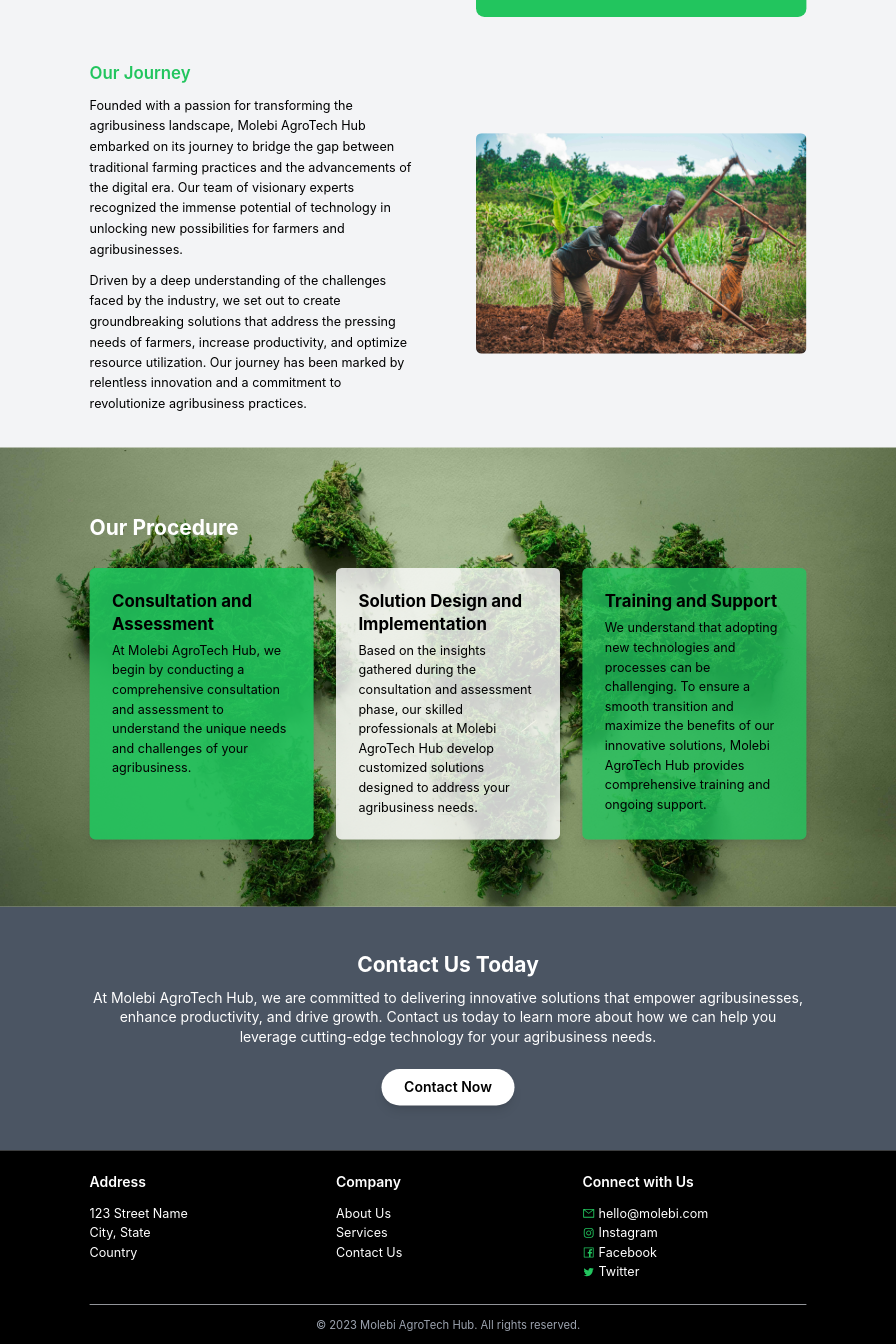
Repository: akinolapo/agric-tech
Page: /about
The author's editor kept a copy of each file at every save. The page is drawn from the files as they stood at one save, then again after a run of saves.
The browser window is 1280 px wide. The pictures show the part of the page from y = 976 to 2896 px (the page is 2896 px tall), at 70% of full size.
The project was rebuilt for these pictures with package versions that can differ from the ones it lists, and the page was loaded fresh each time. Also part of the build but not shown: src/components/Hero.jsx, src/components/ImageText.jsx, src/components/TwoColumnMasonry.jsx, src/components/TwoColumnComponent.jsx, src/App.jsx.

Above is the page before, as saved 2023-05-28 20:44:47.

### public/index.html
<!DOCTYPE html>
<html lang="en">
  <head>
    <meta charset="utf-8" />
    <link rel="icon" href="%PUBLIC_URL%/favicon.ico" />
    <meta name="viewport" content="width=device-width, initial-scale=1" />
    <meta name="theme-color" content="#000000" />
    <meta
      name="description"
      content="Empowering Agribusinesses with Innovative Solutions and Technology"
    />
    <link rel="apple-touch-icon" href="%PUBLIC_URL%/logo192.png" />
    <!--
      manifest.json provides metadata used when your web app is installed on a
      user's mobile device or desktop. See https://developers.google.com/web/fundamentals/web-app-manifest/
    -->
    <link rel="manifest" href="%PUBLIC_URL%/manifest.json" />
    <!--
      Notice the use of %PUBLIC_URL% in the tags above.
      It will be replaced with the URL of the `public` folder during the build.
      Only files inside the `public` folder can be referenced from the HTML.

      Unlike "/favicon.ico" or "favicon.ico", "%PUBLIC_URL%/favicon.ico" will
      work correctly both with client-side routing and a non-root public URL.
      Learn how to configure a non-root public URL by running `npm run build`.
    -->
    <title>Molebi AgroTech Hub</title>
  </head>
  <body>
    <noscript>You need to enable JavaScript to run this app.</noscript>
    <div id="root"></div>
    <!--
      This HTML file is a template.
      If you open it directly in the browser, you will see an empty page.

      You can add webfonts, meta tags, or analytics to this file.
      The build step will place the bundled scripts into the <body> tag.

      To begin the development, run `npm start` or `yarn start`.
      To create a production bundle, use `npm run build` or `yarn build`.
    -->
  </body>
</html>

### src/index.js
import React from 'react';
import ReactDOM from 'react-dom/client';
import { BrowserRouter, Routes, Route } from "react-router-dom";
import './index.css';
import App from './App';
import AboutPage from './components/about-page/AboutPage';

const root = ReactDOM.createRoot(document.getElementById('root'));
root.render(
  <React.StrictMode>
    <BrowserRouter>
            <Routes>
                <Route path="/" element={<App />} />
                <Route path="/about" element={<AboutPage />} />
            </Routes>
            {/* <App /> */}
        </BrowserRouter>
  </React.StrictMode>
);

### src/index.css
@tailwind base;
@tailwind components;
@tailwind utilities;

body {
  margin: 0;
  font-family: -apple-system, BlinkMacSystemFont, 'Segoe UI', 'Roboto', 'Oxygen',
    'Ubuntu', 'Cantarell', 'Fira Sans', 'Droid Sans', 'Helvetica Neue',
    sans-serif;
  -webkit-font-smoothing: antialiased;
  -moz-osx-font-smoothing: grayscale;
}

code {
  font-family: source-code-pro, Menlo, Monaco, Consolas, 'Courier New',
    monospace;
}

.card-icon{
  height: 40px;
  width: 40px;
  color: #22C55E;
}

.underline-title{
  height: 3px;;
  background-color: #22C55E;
}

.green-icon{
  color: #22C55E;
  width: 18px;
  height: 18px;
  margin-right: 5px;
}

.phone-call:hover{
  color: white;
}

### src/components/about-page/AboutPage.jsx
import React from 'react';
import Header from '../Header';
import Footer from '../Footer';
import ImageBackground from './ImageBackground';
import Value from '../Value';
import ImageBackground2 from './ImageBackground2';
import CTA from '../CTA';

const AboutPage = () => {
  return (
    <>
    <Header/>
    <ImageBackground/>
    <div className="bg-gray-100 ">
      <div className="container mx-auto py-8 px-5 sm:px-32">
        <div className="grid items-center grid-cols-1 gap-20 md:grid-cols-2">
          <div className="relative overflow-hidden">
            <img
              src={process.env.PUBLIC_URL+`media/about.jpg`}
              alt="About Us"
              className="rounded-lg mb-4 md:mb-0 md:mr-4"
            />
          </div>
          <div className="flex flex-col justify-center bg-green-500 p-10 rounded-xl">
            <h3 className='text-2xl mb-4 font-semibold'>What We Do</h3>
            <p className="text-lg leading-relaxed mb-4">
            At Molebi AgroTech Hub, we understand the challenges faced by the agricultural sector and the need for efficient, modern solutions. Our team of experts combines their deep industry knowledge with advanced technological expertise to develop customized solutions tailored to the unique requirements of each agribusiness.
            </p>
          </div>
        </div>
      </div>

      <div className="container mx-auto py-8 px-5 sm:px-32">
        <div className="grid items-center grid-cols-1 gap-20 md:grid-cols-2">
        <div className="flex flex-col justify-center">
            <h3 className='text-2xl mb-4 text-green-500 font-semibold'>Our Journey</h3>
            <p className="text-lg leading-relaxed mb-4">
            Founded with a passion for transforming the agribusiness landscape, Molebi AgroTech Hub embarked on its journey to bridge the gap between traditional farming practices and the advancements of the digital era. Our team of visionary experts recognized the immense potential of technology in unlocking new possibilities for farmers and agribusinesses.
            </p>
            <p className="text-lg leading-relaxed mb-4">
            Driven by a deep understanding of the challenges faced by the industry, we set out to create groundbreaking solutions that address the pressing needs of farmers, increase productivity, and optimize resource utilization. Our journey has been marked by relentless innovation and a commitment to revolutionize agribusiness practices.
            </p>
          </div>
          <div className="relative overflow-hidden">
            <img
              src={process.env.PUBLIC_URL+`media/about-1.jpg`}
              alt="About Us"
              className="rounded-lg mb-4 md:mb-0 md:mr-4"
            />
          </div>
        </div>
      </div>

    </div>
    <ImageBackground2/>
    <CTA/>
    <Footer/>
    </>
  );
};

export default AboutPage;

### src/components/Header.jsx
import React, { useEffect, useState } from 'react';
import {Link} from 'react-router-dom'
import {FiPhoneCall} from 'react-icons/fi'


const Header = () => {
  const [isMenuOpen, setIsMenuOpen] = useState(false);

  const toggleMenu = () => {
    setIsMenuOpen(!isMenuOpen);
  };

  const closeMenu = () => {
    setIsMenuOpen(false);
  };

  const [isFixed, setIsFixed] = useState(false);

  useEffect(() => {
    const handleScroll = () => {
      if (window.scrollY > 0) {
        setIsFixed(true);
      } else {
        setIsFixed(false);
      }
    };

    window.addEventListener('scroll', handleScroll);
    return () => window.removeEventListener('scroll', handleScroll);
  }, []);

  return (
    <header className={`bg-white border-b-2 ${isFixed ? 'fixed top-0 z-10 w-full' : ''}`}>
      <div className="container mx-auto flex justify-between items-center py-4 px-5 sm:px-32">
        <div className="flex items-center">
          <img
            src={process.env.PUBLIC_URL+`media/logo.png`}
            alt="Logo"
            className="h-10 w-auto"
          />
        </div>
        <div className="hidden md:flex space-x-8">
          <Link to='/' className="text-gray-800 hover:text-gray-600 text-lg font-semibold">Home</Link>
          <Link to='/about' className="text-gray-800 hover:text-gray-600 text-lg font-semibold">About</Link>
          {/* <Link to='' className="text-gray-800 hover:text-gray-600 text-lg font-semibold">Services</Link> */}
          {/* <Link to='' className="text-gray-800 hover:text-gray-600 text-lg font-semibold">Contact</Link> */}
        </div>
        <div className="md:hidden">
          <button
            type="button"
            className="flex items-center p-2 rounded-md text-gray-800 hover:text-gray-600 focus:outline-none"
            onClick={toggleMenu}
          >
            <svg
              xmlns="http://www.w3.org/2000/svg"
              className="h-6 w-6"
              fill="none"
              viewBox="0 0 24 24"
              stroke="currentColor"
            >
              <path
                strokeLinecap="round"
                strokeLinejoin="round"
                strokeWidth="2"
                d="M4 6h16M4 12h16M4 18h16"
              />
            </svg>
          </button>

        </div>
        <div className="hidden md:block">
          <button
            type="button"
            className="bg-white border-green-500 border-2 text-green-500 rounded-lg py-2 px-4 flex items-center transition ease-in-out delay-150 hover:bg-green-500 duration-300 hover:text-white"
          >
            <FiPhoneCall className='mr-2 w-4'/> Call Us
          </button>
        </div>
      </div>
      <div>
          {isMenuOpen && (
            <div className="mt-2 w-full">
              <ul className="bg-white border rounded-md divide-y divide-gray-200 shadow-md">
                <li className="py-2 px-4">
                  <a href="#" className="text-gray-800 hover:text-gray-600 text-lg font-semibold">Home</a>
                </li>
                <li className="py-2 px-4">
                  <a href="#" className="text-gray-800 hover:text-gray-600 text-lg font-semibold">About</a>
                </li>
                <li className="py-2 px-4">
                  <a href="#" className="text-gray-800 hover:text-gray-600 text-lg font-semibold">Services</a>
                </li>
                <li className="py-2 px-4">
                  <a href="#" className="text-gray-800 hover:text-gray-600 text-lg font-semibold">Contact</a>
                </li>
                <li className="py-2 px-4">
                  <button
                    type="button"
                    className="bg-green-500 text-white rounded-lg py-2 px-4 w-full"
                  >
                    Food
                  </button>
                </li>
              </ul>
              <div className="absolute top-0 right-0 p-2">
              </div>
            </div>
          )}
          </div>
    </header>
  );
};

export default Header;

### src/components/Value.jsx
import React from 'react'
import {FaRegHandshake} from 'react-icons/fa'
import {AiOutlineDatabase} from 'react-icons/ai'
import {MdOutlineCurrencyExchange, MdOutlineAgriculture} from 'react-icons/md'
import {GiFoodTruck, GiGiftOfKnowledge} from 'react-icons/gi'

const data= [
    {
        id: 1,
        icon: <FaRegHandshake className='card-icon'/>,
        title: 'Collaborative Partnerships',
        description: 'We believe in the power of collaboration. We forge strong partnerships with agribusinesses, farmers, industry stakeholders, and technology providers to create a network that fosters knowledge sharing, innovation, and mutual growth.',
        // link: '/'
    },
    {
        id: 2,
        icon: <AiOutlineDatabase className='card-icon'/>,
        title: 'Storage and Warehousing',
        description: 'Molebi AgroTech Hub provides advanced storage and warehousing facilities to ensure the proper handling and preservation of agricultural commodities. We offer storage solutions with inventory management systems, and quality control measures, reducing post-harvest losses.',
        // link: '/'
    },
    {
        id: 3,
        icon: <MdOutlineCurrencyExchange className='card-icon'/>,
        title: 'Commodity Trading',
        description: 'Molebi AgroTech Hub provides a comprehensive value chain solution that includes commodity trading and marketing services. We help agribusinesses connect with buyers and sellers, ensuring efficient and profitable transactions.',
        // link: '/'
    },
    {
        id: 4,
        icon: <MdOutlineAgriculture className='card-icon'/>,
        title: 'Cutting-edge Technology',
        description: 'We provide innovative and advanced technological solutions that empower agribusinesses to stay ahead in the industry. Our tools and systems are designed to optimize productivity and maximize growth.',
        // link: '/'
    },
    {
        id: 5,
        icon: <GiFoodTruck className='card-icon'/>,
        title: 'Transportation and Logistics',
        description: 'Molebi AgroTech Hub facilitates efficient transportation and logistics services, ensuring timely delivery of agricultural products to markets, reducing wastage, and enhancing profitability for agribusinesses.',
        // link: '/'
    },
    {
        id: 6,
        icon: <GiGiftOfKnowledge className='card-icon'/>,
        title: 'Knowledge Sharing and Training',
        description: 'Empowering farmers and agribusinesses with valuable knowledge, training, and resources to optimize their productivity and stay updated with industry trends.',
        // link: '/'
    }

]

const Value = () => {
  return (
    < div className='py-10 px-5 sm:px-32'>
    <div className='text-center'>
        <h2 className='text-2xl text-green-500 font-bold mb-4'>Our Value Chain</h2>
        <p className="text-lg">Our approach is inspired by our determination to improve the agricultural landscape in Africa.</p>
    </div>
    <div className='mt-10 block md:grid md:gap-20 md: grid-cols-2 lg:grid-cols-3'>
        {
            data.map(({id, icon, title, description})=>{
                return(
                    <div key={id} className='border-solid border-2 border-green-500 p-6 rounded-2xl mb-4 md:mb-0'>
            {icon}
            <h3 className='text-xl '>{title}</h3>
            <hr className='underline-title w-10 my-2'></hr>
            <p className="text-lg">{description}</p>
        </div>
                )
            })
        }

    </div>
    </div>
  )
}

export default Value

### src/components/Footer.jsx
import React from 'react';
import {AiOutlineInstagram, AiOutlineFacebook, AiOutlineTwitter, AiOutlineMail} from 'react-icons/ai'

const Footer = () => {
  return (
    <footer className="bg-black text-white px-5 sm:px-32">
      <div className="container mx-auto py-8">
        <div className="grid grid-cols-1 md:grid-cols-3 gap-8">
          <div>
            <h3 className="text-xl font-semibold mb-4">Address</h3>
            <p className='text-lg'>123 Street Name</p>
            <p className='text-lg'>City, State</p>
            <p className='text-lg'>Country</p>
          </div>
          <div>
            <h3 className="text-xl font-semibold mb-4">Company</h3>
            <p className='text-lg'>About Us</p>
            <p className='text-lg'>Services</p>
            <p className='text-lg'>Contact Us</p>
          </div>
          <div>
            <h3 className="text-xl font-semibold mb-4">Connect with Us</h3>
            <p className='flex items-center text-lg'><AiOutlineMail className='green-icon'/><span>hello@molebi.com</span></p>
            <p className='flex items-center text-lg'><AiOutlineInstagram className='green-icon'/><span>Instagram</span></p>
            <p className='flex items-center text-lg'><AiOutlineFacebook className='green-icon'/><span>Facebook</span></p>
            <p className='flex items-center text-lg'><AiOutlineTwitter className='green-icon'/><span>Twitter</span></p>
          </div>
        </div>
      </div>
      <div className="border-t border-gray-300 py-4 text-center">
        <p className="text-gray-400">© {new Date().getFullYear()} Molebi AgroTech Hub. All rights reserved.</p>
      </div>
    </footer>
  );
};

export default Footer;

### src/components/about-page/ImageBackground.jsx
import React from 'react';
import bgImage from './background.jpg';

const ImageBackground = () => {
  return (
    <div className="relative bg-cover bg-no-repeat bg-center" style={{ backgroundImage: `url(${bgImage})` }}>
      <div className="relative px-5 sm:px-32 py-8 md:py-16 lg:py-24">
        <div className="container mx-auto">
        <h1 className='text-black text-3xl font-bold mb-10'>About Us</h1>
          <div className="grid grid-cols-1 md:grid-cols-3 gap-8">
            <div className="bg-green-500 bg-opacity-90 p-6 md:p-8 rounded-lg shadow-lg">
              <h3 className="text-xl md:text-2xl font-bold mb-2">Who We Are</h3>
              <p className='text-lg'>Molebi AgroTech Hub is a leading provider of innovative solutions for agribusinesses.</p>
            </div>

            <div className="bg-white bg-opacity-80 p-6 md:p-8 rounded-lg shadow-lg">
              <h3 className="text-xl md:text-2xl font-bold mb-2">Our Vision</h3>
              <p className='text-lg'>To inspire the production and distribution of sustainable food for Africa.</p>
            </div>

            <div className="bg-white bg-opacity-80 p-6 md:p-8 rounded-lg shadow-lg">
              <h3 className="text-xl md:text-2xl font-bold mb-2">Our Mission</h3>
              <p className='text-lg'>Our mission is to empower farmers and agricultural companies with cutting-edge technology for enhanced productivity and growth.</p>
            </div>
          </div>
        </div>
      </div>
    </div>
  );
};

export default ImageBackground;

### src/components/about-page/ImageBackground2.jsx
import React from 'react';
import bgImage from './background-1.jpg';

const ImageBackground2 = () => {
  return (
    <div className="relative bg-cover bg-no-repeat bg-center" style={{ backgroundImage: `url(${bgImage})` }}>
      <div className="relative px-5 sm:px-32 py-8 md:py-16 lg:py-24">
        <div className="container mx-auto">
        <h1 className='text-white text-3xl font-bold mb-10'>Our Procedure</h1>
          <div className="grid grid-cols-1 md:grid-cols-3 gap-8">
            <div className="bg-green-500 bg-opacity-90 p-6 md:p-8 rounded-lg shadow-lg">
              <h3 className="text-xl md:text-2xl font-bold mb-2">Consultation and Assessment</h3>
              <p className='text-lg'>At Molebi AgroTech Hub, we begin by conducting a comprehensive consultation and assessment to understand the unique needs and challenges of your agribusiness. </p>
            </div>

            <div className="bg-white bg-opacity-80 p-6 md:p-8 rounded-lg shadow-lg">
              <h3 className="text-xl md:text-2xl font-bold mb-2">Solution Design and Implementation</h3>
              <p className='text-lg'>Based on the insights gathered during the consultation and assessment phase, our skilled professionals at Molebi AgroTech Hub develop customized solutions designed to address your agribusiness needs.</p>
            </div>

            <div className="bg-green-500 bg-opacity-80 p-6 md:p-8 rounded-lg shadow-lg">
              <h3 className="text-xl md:text-2xl font-bold mb-2">Training and Support</h3>
              <p className='text-lg'>We understand that adopting new technologies and processes can be challenging. To ensure a smooth transition and maximize the benefits of our innovative solutions, Molebi AgroTech Hub provides comprehensive training and ongoing support.</p>
            </div>
          </div>
        </div>
      </div>
    </div>
  );
};

export default ImageBackground2;

### src/components/CTA.jsx
import React from 'react';

const CTA = () => {
  return (
    <div className="text-white bg-gray-600 text-center py-8 px-5 sm:px-32 sm:py-16">
      <h3 className="text-3xl font-bold mb-4">Contact Us Today</h3>
      <p className="text-lg sm:text-xl mb-8">
      At Molebi AgroTech Hub, we are committed to delivering innovative solutions that empower agribusinesses, enhance productivity, and drive growth. Contact us today to learn more about how we can help you leverage cutting-edge technology for your agribusiness needs.
      </p>
      <button className="bg-white text-black py-3 px-8 rounded-full shadow-lg font-semibold text-lg sm:text-xl hover:bg-gray-200 focus:outline-none focus:ring-2 focus:ring-offset-2 focus:ring-gray-400">
        Contact Now
      </button>
    </div>
  );
};

export default CTA;

Loaded but not shown: tailwind.config.js (common file)

After the next 3 saves:
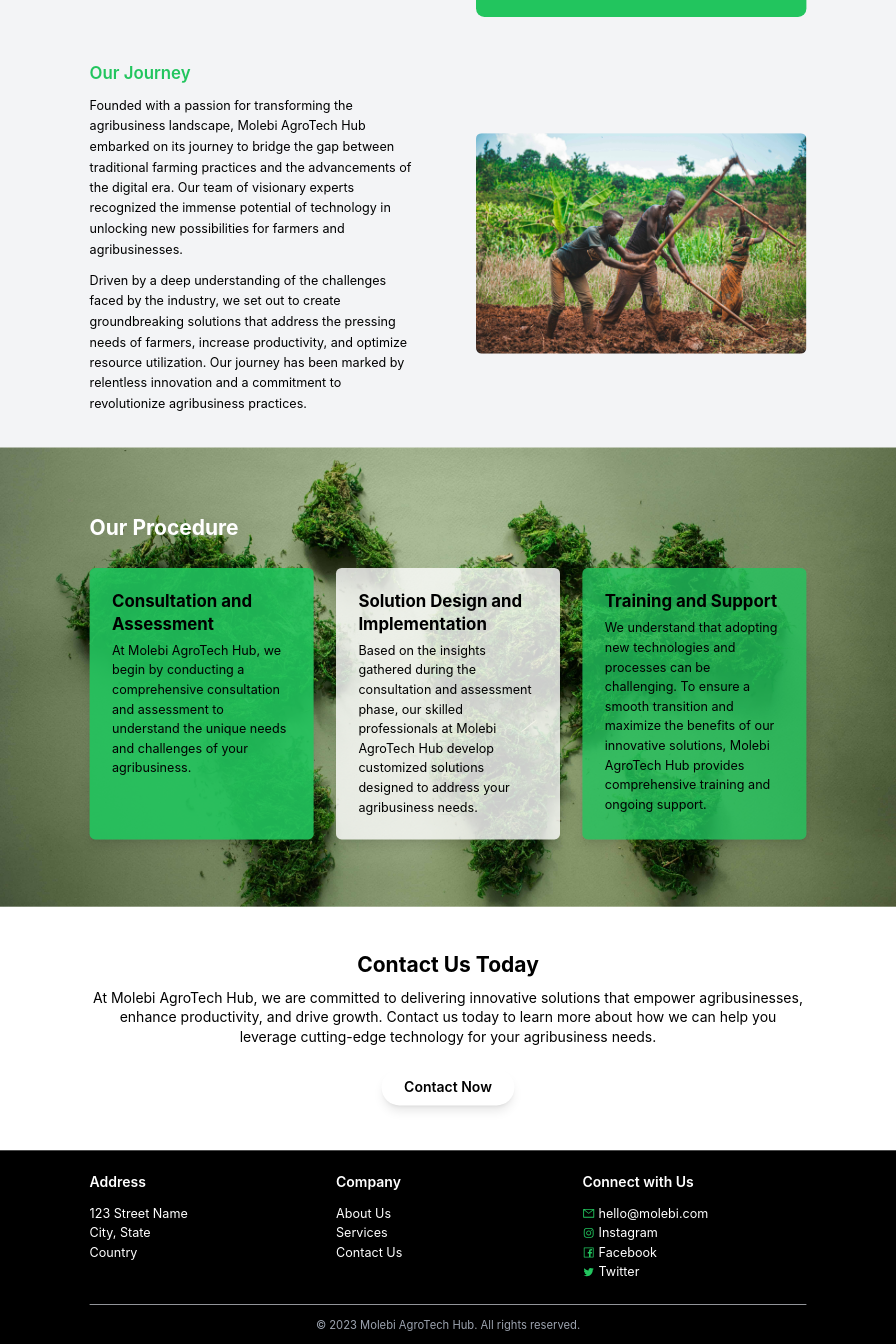
The 3 saves are shown as one change because they came seconds apart.
The last was saved 57 s later.
--- a/src/components/CTA.jsx
+++ b/src/components/CTA.jsx
@@ -2,7 +2,7 @@ import React from 'react';
 
 const CTA = () => {
   return (
-    <div className="text-white bg-gray-600 text-center py-8 px-5 sm:px-32 sm:py-16">
+    <div className="text-black bg-white text-center py-8 px-5 sm:px-32 sm:py-16">
       <h3 className="text-3xl font-bold mb-4">Contact Us Today</h3>
       <p className="text-lg sm:text-xl mb-8">
       At Molebi AgroTech Hub, we are committed to delivering innovative solutions that empower agribusinesses, enhance productivity, and drive growth. Contact us today to learn more about how we can help you leverage cutting-edge technology for your agribusiness needs.
